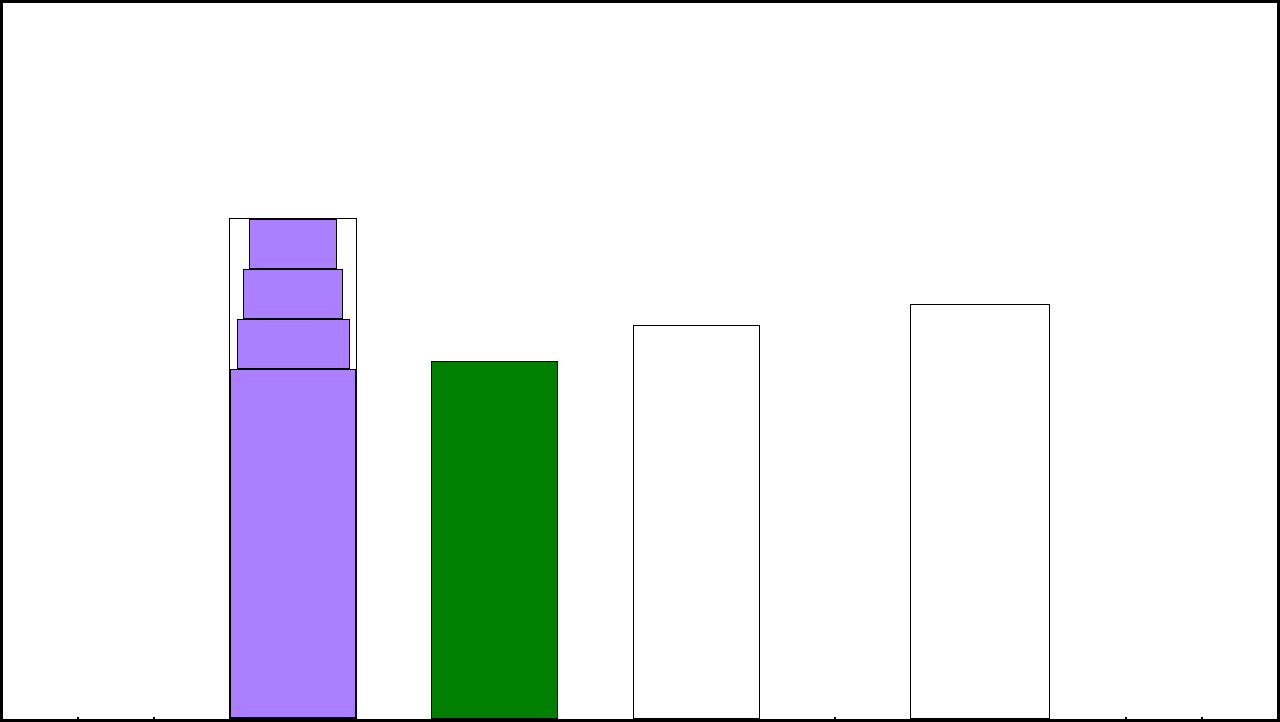
Repository: Lungdjos/city_skyline
Page: index.html
An editor plug-in stored every save of this project. The page is shown before and after a run of saves, followed by the edit.
The browser window is 1280 px wide. The pictures show the whole page.

Above is the page before, as saved 2023-12-11 10:20:31.

### index.html
<!DOCTYPE html>
<html lang="en">

<head>
    <meta charset="UTF-8">
    <meta name="viewport" content="width=device-width, initial-scale=1.0">
    <title>City Skyline</title>
    <link href="styles.css" rel="stylesheet" />
</head>

<body>
    <div class="background-buildings">
        <div></div>
        <div></div>
        <div class="bb1">
            <div class="bb1a"></div>
            <div class="bb1b"></div>
            <div class="bb1c"></div>
            <div class="bb1d"></div>
        </div>
        <div class="bb2"></div>
        <div class="bb3"></div>
        <div></div>
        <div class="bb4"></div>
        <div></div>
        <div></div>
    </div>
</body>

</html>

### styles.css
* {
    border: 1px solid black;
    box-sizing: border-box;
}

body {
    height: 100vh;
    margin: 0;
    overflow: hidden;
}

.background-buildings {
    width: 100%;
    height: 100%;
    display: flex;
    justify-content: space-evenly;
    align-items: flex-end;
}

.bb1 {
    width: 10%;
    height: 70%;
    display: flex;
    flex-direction: column;
    align-items: center;
    --building-color1: #aa80ff;
    --building-color2: #66cc99;
}

.bb1a {
    width: 70%;
    height: 10%;
    background-color: var(--building-color1);
}

.bb1b {
    width: 80%;
    height: 10%;
    background-color: var(--building-color1);
}

.bb1c {
    width: 90%;
    height: 10%;
    background-color: var(--building-color1);
}

.bb1d {
    width: 100%;
    height: 70%;
    background-color: var(--building-color1);
}

.bb2 {
    height: 50%;
    width: 10%;
    background-color: var(--building-color2, green);
}

.bb3 {
    width: 10%;
    height: 55%;
    background-color: var(--building-color3)
}

.bb4 {
    height: 58%;
    width: 11%;
}

After the next 2 saves:
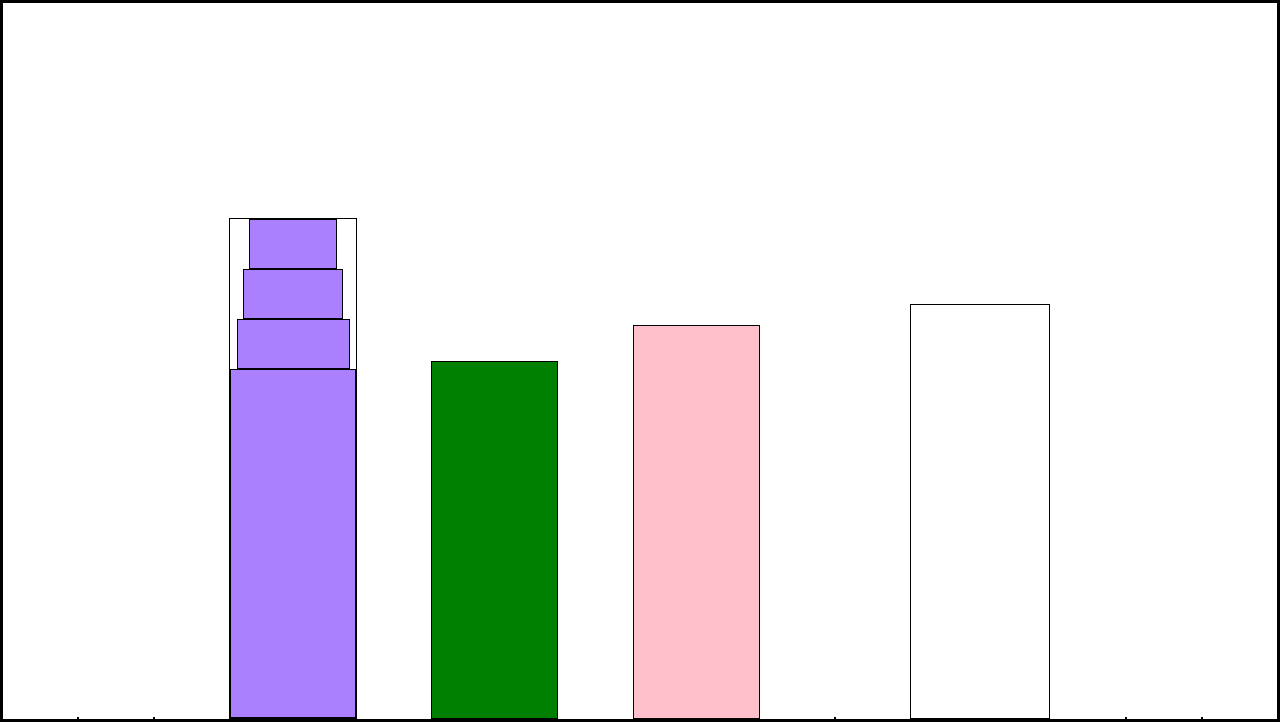
The 2 saves are shown as one change because they came seconds apart.
The last was saved 13 s later.
--- a/styles.css
+++ b/styles.css
@@ -60,7 +60,7 @@ body {
 .bb3 {
     width: 10%;
     height: 55%;
-    background-color: var(--building-color3)
+    background-color: var(--building-color3, pink);
 }
 
 .bb4 {
